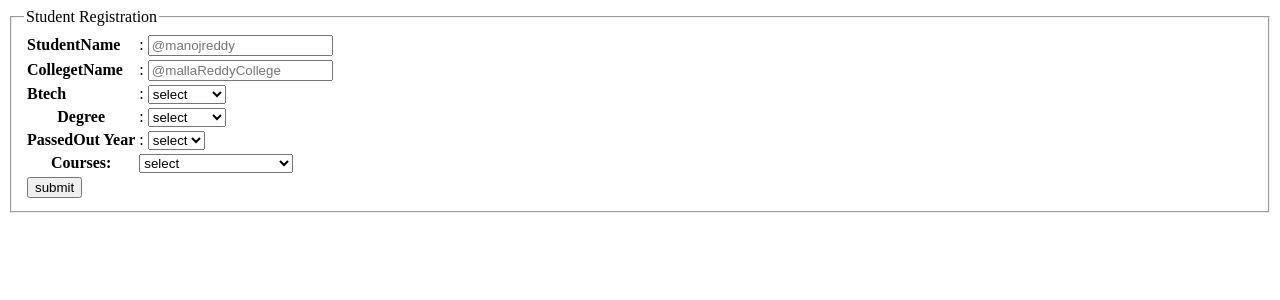
Repository: JanapatlaManojReddy/java
Page: http://localhost/institutionProject/StudentRegistration.jsp
The author's editor kept a copy of each file at every save. The page is drawn from the files as they stood at one save, then again after the next save.
The browser window is 1280 px wide. The pictures show the whole page.
The page is served by Tomcat 9. Other server files are loaded and not shown.

Above is the page before, as saved 2023-08-19 13:04:31.

### institutionProject/src/main/webapp/StudentRegistration.jsp
<%@ page language="java" contentType="text/html; charset=ISO-8859-1"
    pageEncoding="ISO-8859-1"%>
<!DOCTYPE html>
<html>
<head>
<meta charset="ISO-8859-1">
<title>Insert title here</title>
</head>
<body>
<form>
<fieldSet action="studentServlet">
<legend>Student Registration</legend>
<div>
<table>

<tr>
<th align="left">
<lable for="sname">StudentName</lable>
</th>

<td>:
<input type="text" name="studentName" placeholder="@manojreddy" required autocomplete="off">
</td>
</tr>

<tr>

<th align="left">
<lable for="cname" align="left">CollegetName</lable></th>
<td>:
<input type="text" name="collegeName" placeholder="@mallaReddyCollege" required>
</td>

</tr>


<tr>
<th align="left">
<lable for="stream" >Btech</lable>
</th>
<td>:
<select id ="stream" name="stream" >
<option value="select" selected>select</option>
<option value ="EEE">EEE</option>
<option value ="ECE">ECE</option>
<option value ="CSE">CSE</option>
<option value ="CIVIL">CIVIL</option>
<option value ="MECH">MECH</option>
<option value ="OTHERS">OTHERS</option>
</select>
</td>
</tr>
<tr>
<th>
<lable for="stream">Degree</lable></th>
<td>:
<select id ="stream" name="stream" >
<option value="select" selected>select</option>
<option value ="EEE">EEE</option>
<option value ="ECE">ECE</option>
<option value ="CSE">CSE</option>
<option value ="CIVIL">CIVIL</option>
<option value ="MECH">MECH</option>
<option value ="OTHERS">OTHERS</option>
</select>
</td>
</tr>
<tr>
<th align="left">
<lable for="pyear">PassedOut Year</lable>
</th>
<td>:
<select id="pyear" name="pyear">
<option value="select" selected>select</option>
<option value="2018">2018</option>
<option value="2019">2019</option>
<option value="2020">2020</option>
<option value="2021">2021</option>
<option value="2022">2022</option>
<option value="2023">2023</option>


</select>
</td>
</tr>
<tr>
<th>
<lable for="courses">Courses:</lable></th>
<td>
<select id ="courses" name="courses">
<option value="select" selected>select</option>
<option value="JAVAFULLSTACK">JAVAFULLSTACK </option>
<option value="PYTHONFULLSTACK">PYTHONFULLSTACK </option>
<option value="JAVA">JAVA</option>
<option value="HTML/CSS">HTML/CSS </option>
<option value="ANGULAR/REACT">ANGULAR/REACT </option>
</select>
</td>
</tr>
<tr>
<td>
<input type="submit" value="submit">
</td>
</tr>

</table>
</div>

</fieldSet>
</form>

</body>
</body>
</html>

After the next save:
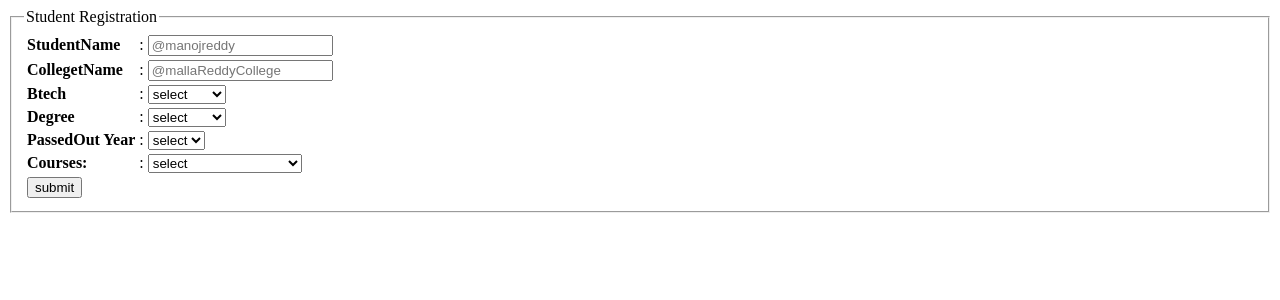
Saved 51 s later.
--- a/institutionProject/src/main/webapp/StudentRegistration.jsp
+++ b/institutionProject/src/main/webapp/StudentRegistration.jsp
@@ -51,7 +51,7 @@
 </td>
 </tr>
 <tr>
-<th>
+<th align="left">
 <lable for="stream">Degree</lable></th>
 <td>:
 <select id ="stream" name="stream" >
@@ -84,9 +84,9 @@
 </td>
 </tr>
 <tr>
-<th>
+<th align="left">
 <lable for="courses">Courses:</lable></th>
-<td>
+<td>:
 <select id ="courses" name="courses">
 <option value="select" selected>select</option>
 <option value="JAVAFULLSTACK">JAVAFULLSTACK </option>
